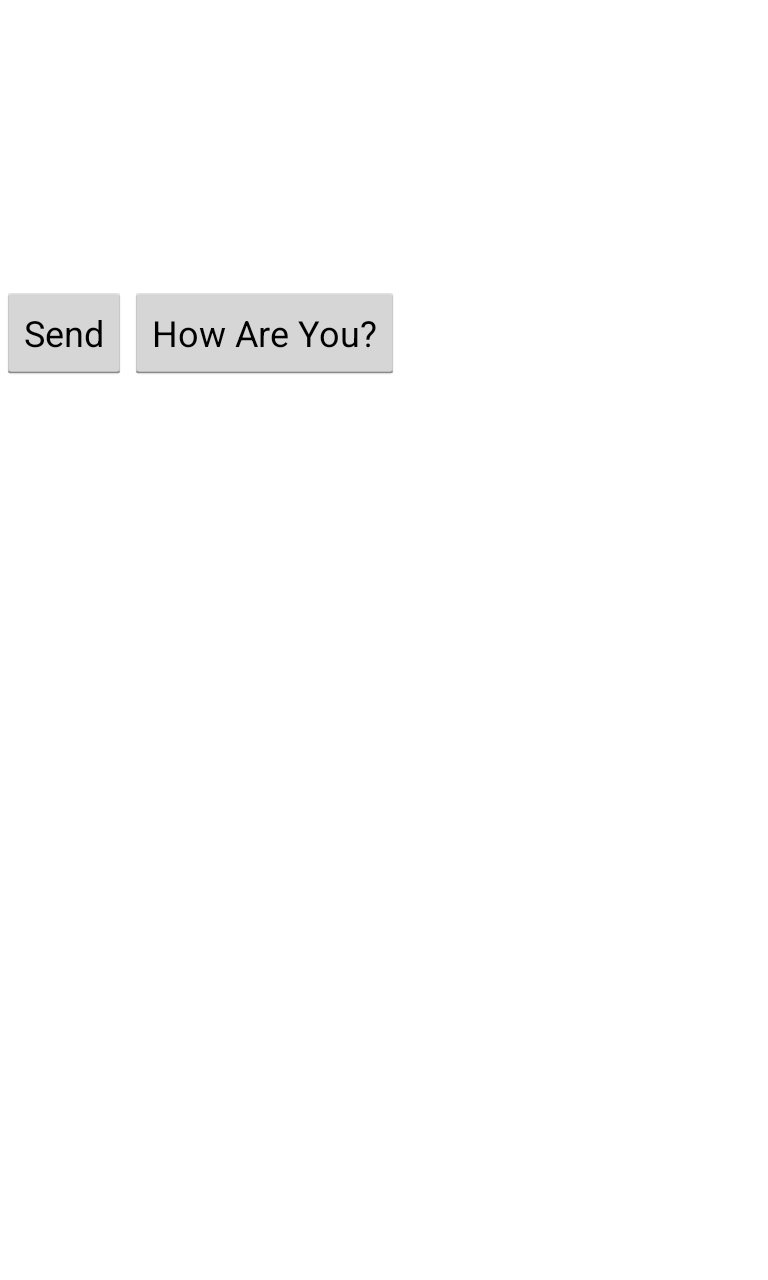
Repository: NewDay320/Lumos
Layout: src/Lumos/branches/mzTest2/res/layout/activity_main.xml
The author's editor kept a copy of each file at every save. The layout is drawn from the files as they stood at one save, then again after the next save.
It is drawn on a 768 x 1280 px phone screen (xhdpi) without system bars, with theme AppTheme; the app's code is not run.

Above is the layout before, as saved 2014-03-17 21:23:52.

### src/Lumos/branches/mzTest2/res/layout/activity_main.xml
<LinearLayout xmlns:android="http://schemas.android.com/apk/res/android"
    xmlns:tools="http://schemas.android.com/tools"
    android:layout_width="match_parent"
    android:layout_height="match_parent"
    android:orientation="horizontal" >

    <EditText
        android:id="@+id/edit_message"
        android:layout_width="0dp"
        android:layout_height="wrap_content"
        android:layout_weight="1"
        android:hint="@string/edit_message" />

    <Button
        android:layout_width="wrap_content"
        android:layout_height="wrap_content"
        android:onClick="sendMessage"
        android:text="@string/button_send" />

    <!-- how are you button -->
    <Button
        android:layout_width="wrap_content"
        android:layout_height="wrap_content"
        android:onClick="onHowAreYouClick"
        android:text="@string/button_howareyou" />

    <!-- schedule -->

    <FrameLayout
        android:id="@+id/schedule_fragment_container"
        android:layout_width="match_parent"
        android:layout_height="match_parent" >
    </FrameLayout>





<!--      ping
    <TextView
        android:id="@+id/seconds_view"
        android:layout_width="wrap_content"
        android:layout_height="wrap_content"
        android:layout_alignParentTop="true"
        android:layout_centerHorizontal="true"
        android:layout_marginTop="32dp"
        android:textAppearance="?android:attr/textAppearanceMedium"
        android:text="@string/ping_text" />

    <EditText
        android:id="@+id/edit_seconds"
        android:layout_width="wrap_content"
        android:layout_height="wrap_content"
        android:layout_below="@+id/seconds_view"
        android:layout_centerHorizontal="true"
        android:layout_marginTop="15dp"
        android:ems="10"
        android:text="@string/seconds_default"
        android:inputType="numberSigned">

        <requestFocus />
    </EditText>

    <TextView
        android:id="@+id/reminder_view"
        android:layout_width="wrap_content"
        android:layout_height="wrap_content"
        android:layout_below="@+id/edit_seconds"
        android:layout_centerHorizontal="true"
        android:layout_marginTop="40dp"
        android:textAppearance="?android:attr/textAppearanceMedium"
        android:text="@string/reminder_label" />

    <EditText
        android:id="@+id/edit_reminder"
        android:layout_width="wrap_content"
        android:layout_height="wrap_content"
        android:layout_alignLeft="@+id/edit_seconds"
        android:layout_below="@+id/reminder_view"
        android:layout_marginTop="15dp"
        android:ems="10"
        android:text="@string/reminder_text"
        android:inputType="textMultiLine" />

    <Button
        android:id="@+id/ping_button"
        style="?android:attr/buttonStyleSmall"
        android:layout_width="wrap_content"
        android:layout_height="wrap_content"
        android:layout_below="@+id/edit_reminder"
        android:layout_centerHorizontal="true"
        android:layout_marginTop="25dp"
        android:textAppearance="?android:attr/textAppearanceMedium"
        android:onClick="onPingClick"
        android:text="@string/ping" /> -->

</LinearLayout>

### src/Lumos/branches/mzTest2/res/values/strings.xml
<?xml version="1.0" encoding="utf-8"?>
<resources>

    <string name="app_name">Lumos</string>
    <string name="action_settings">Settings</string>
    <string name="hello_world">hello world ks</string>
    <string name="title_activity_mztest">MZTestActivity</string>
    <string name="mz_menu_text">Nipples The Cat</string>
    <string name="edit_message">Enter a message</string>
    <string name="title_activity_display_message">My Message</string>
    <string name="notification">Ping Notification</string>
    <string name="label">Ping Me</string>

    <!-- buttons -->
    <string name="button_send">Send</string>
    <string name="button_howareyou">How Are You?</string>
    <string name="ping">Ping</string>
    <string name="snooze">Snooze</string>
    <string name="dismiss">Dismiss</string>

    <!-- alert stuff -->
    <string name="ping_text">Set Seconds Until Ping</string>
    <string name="done_snoozing">Done Snoozing</string>
    <string name="seconds_default">10</string>
    <string name="reminder_label">Reminder text</string>
    <string name="reminder_text">Take Rx now</string>

    <!-- logging -->
    <string name="snoozing">Snoozing!</string>
    <string name="timer_start">Setting the timer</string>
    <string name="sleep_error">Sleep failure</string>
    <string name="timer_finished">Timer finished</string>
    <string name="title_activity_display_medications">DisplayMedicationsActivity</string>
    <string name="title_activity_survey_chooser">SurveyChooserActivity</string>

</resources>

Loaded but not shown: src/Lumos/branches/mzTest2/res/values/styles.xml (common file); src/Lumos/branches/mzTest2/res/values-v11/styles.xml (common file); src/Lumos/branches/mzTest2/res/values-v14/styles.xml (common file)

After the next save:
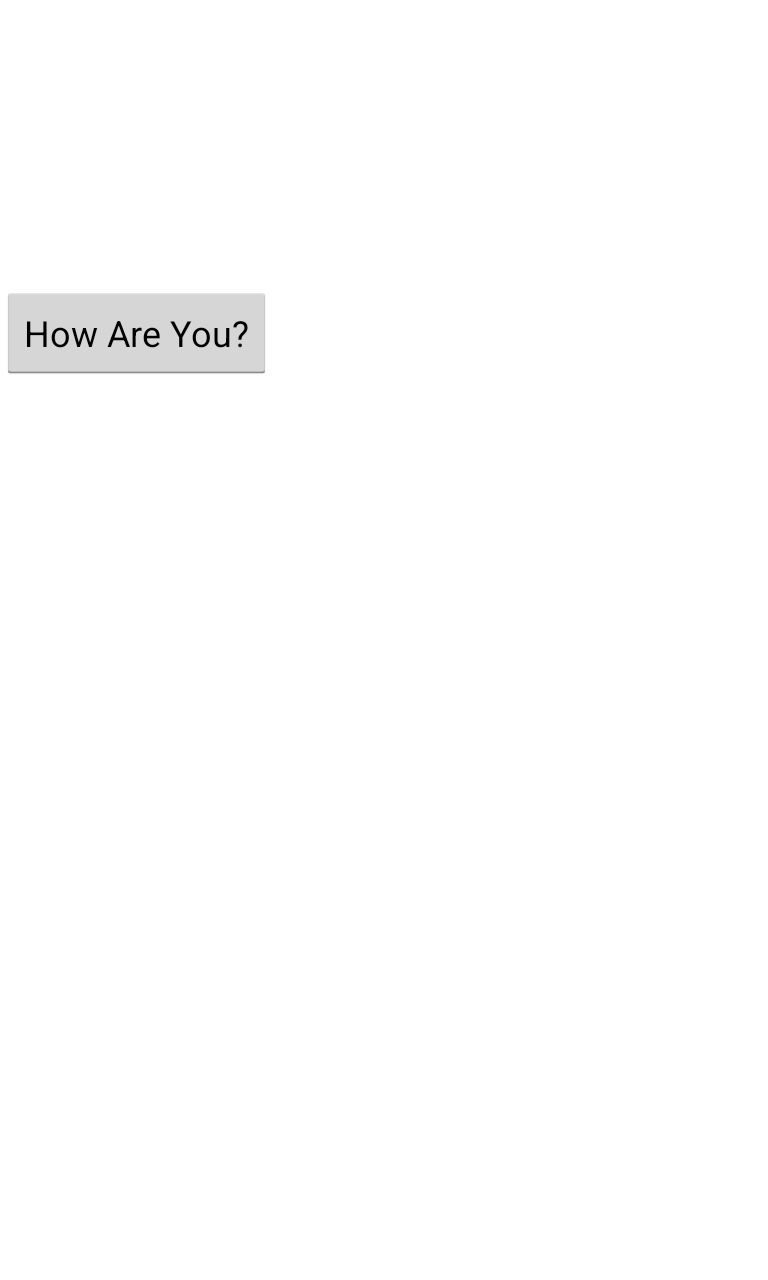
Saved 60 s later.
--- a/src/Lumos/branches/mzTest2/res/layout/activity_main.xml
+++ b/src/Lumos/branches/mzTest2/res/layout/activity_main.xml
@@ -11,11 +11,11 @@
         android:layout_weight="1"
         android:hint="@string/edit_message" />
 
-    <Button
+<!--     <Button
         android:layout_width="wrap_content"
         android:layout_height="wrap_content"
         android:onClick="sendMessage"
-        android:text="@string/button_send" />
+        android:text="@string/button_send" /> -->
 
     <!-- how are you button -->
     <Button
